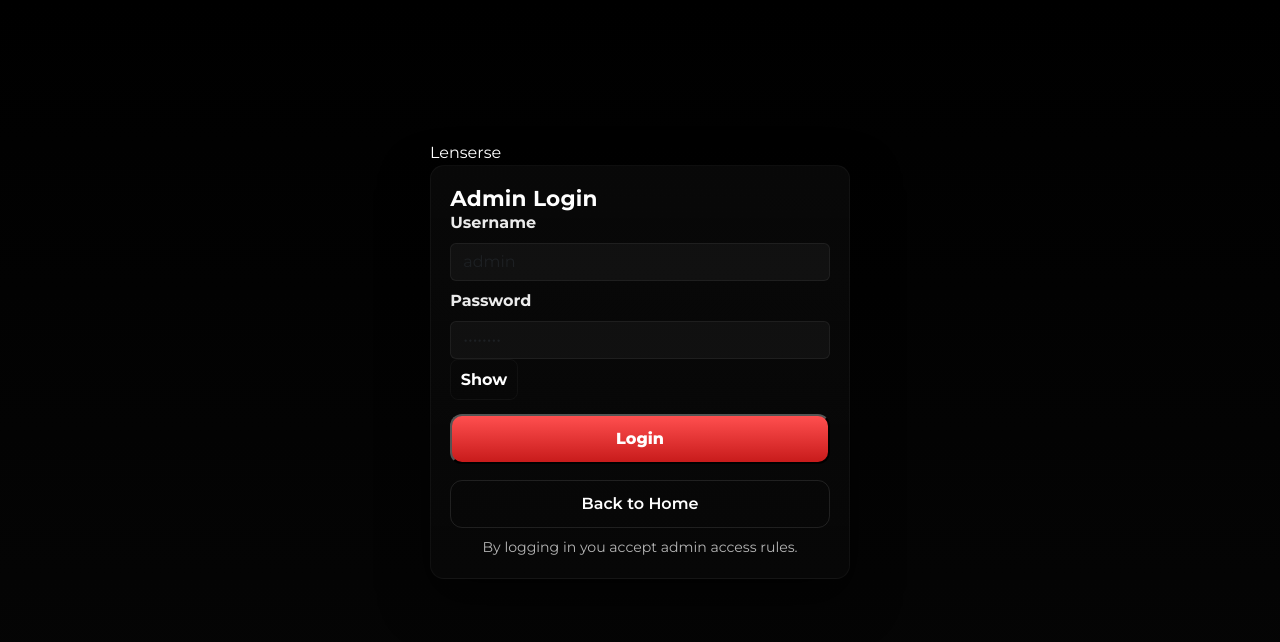
Repository: adithyakiran47/lensverseproject
Page: /admin-dashboard (app in lensverse-client/)
The author's editor kept a copy of each file at every save. The page is drawn from the files as they stood at one save, then again after the next save.
The browser window is 1280 px wide. The pictures show the whole page.
The project was rebuilt for these pictures with package versions that can differ from the ones it lists, and the page was loaded fresh each time. Also part of the build but not shown: lensverse-client/src/components/Navbar.css, lensverse-client/src/pages/Home.js, lensverse-client/src/pages/Portfolio.css, lensverse-client/src/pages/Portfolio.js, lensverse-client/src/pages/Booking.js, lensverse-client/src/pages/About.css, lensverse-client/src/pages/About.js. Imported but missing from the stored project, and not drawn on this page: lensverse-client/src/reportWebVitals.

Above is the page before, as saved 2025-11-04 12:52:40.

After the next save:
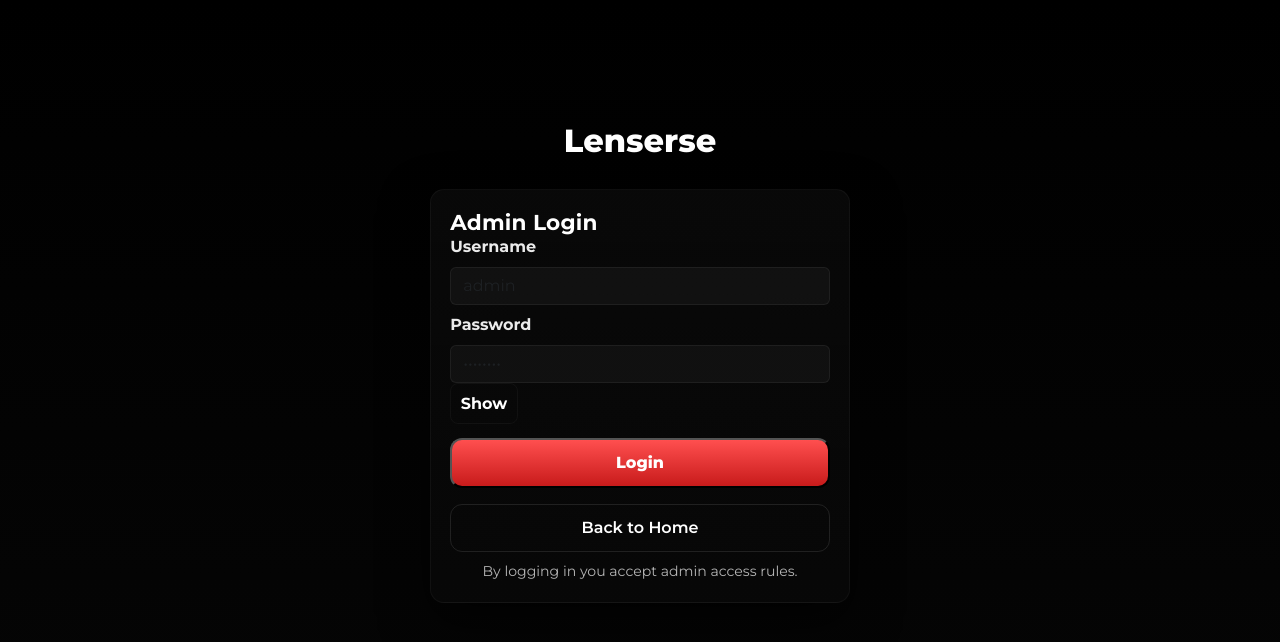
Saved 28 s later.
--- a/lensverse-client/src/pages/AdminLogin.css
+++ b/lensverse-client/src/pages/AdminLogin.css
@@ -1,6 +1,13 @@
 /* src/pages/AdminLogin.css - improved contrast and block font */
 @import url('https://fonts.googleapis.com/css2?family=Montserrat:wght@600;800&display=swap');
 
+
+.brand{
+  font-size:2rem;
+  font-weight:800;
+  text-align:center;
+  margin-bottom:1.5rem;
+}
 .admin-login-page {
   min-height:100vh;
   display:flex;
